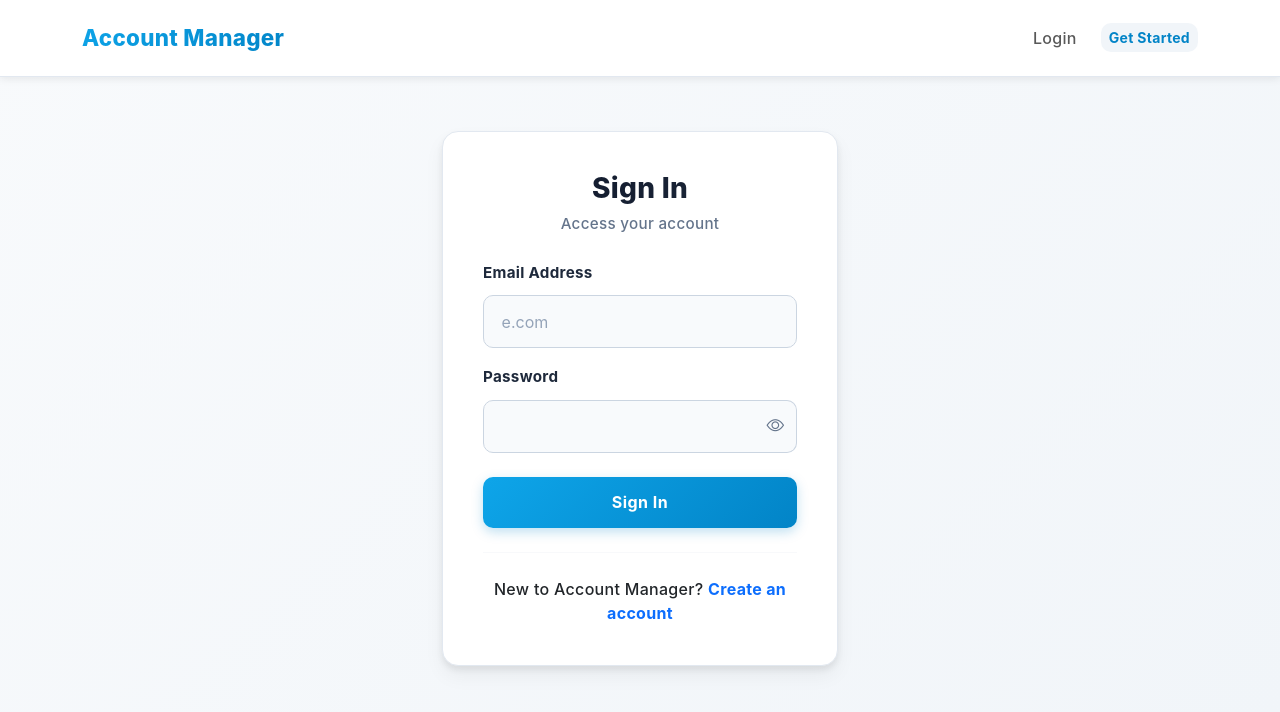
Repository: dharmik2910/Chaintech-Account-Manager
Page: /
The author's editor kept a copy of each file at every save. The page is drawn from the files as they stood at one save, then again after the next save.
The browser window is 1280 px wide. The pictures show the whole page.
The project was rebuilt for these pictures with package versions that can differ from the ones it lists, and the page was loaded fresh each time. Also part of the build but not shown: vite.config.js, src/pages/AccountPage.jsx, src/pages/RegisterPage.jsx.

Above is the page before, as saved 2025-12-16 20:26:17.

### index.html
<!doctype html>
<html lang="en">
  <head>
    <meta charset="UTF-8" />
    <link rel="icon" type="image/svg+xml" href="/vite.svg" />
    <meta name="viewport" content="width=device-width, initial-scale=1.0" />
    <!-- Bootstrap Icons for simple eye / eye-slash icons -->
    <link
      rel="stylesheet"
      href="https://cdn.jsdelivr.net/npm/bootstrap-icons@1.11.3/font/bootstrap-icons.min.css"
    />
    <title>chaintech</title>
  </head>
  <body>
    <div id="root"></div>
    <script type="module" src="/src/main.jsx"></script>
  </body>
</html>

### src/main.jsx
import { StrictMode } from 'react'
import { createRoot } from 'react-dom/client'
import { BrowserRouter } from 'react-router-dom'
import 'bootstrap/dist/css/bootstrap.min.css'
import './index.css'
import App from './App.jsx'
import { AuthProvider } from './AuthContext.jsx'

createRoot(document.getElementById('root')).render(
  <StrictMode>
    <BrowserRouter>
      <AuthProvider>
        <App />
      </AuthProvider>
    </BrowserRouter>
  </StrictMode>,
)

### src/index.css
* {
  -webkit-font-smoothing: antialiased;
  -moz-osx-font-smoothing: grayscale;
  box-sizing: border-box;
}

html {
  scroll-behavior: smooth;
}

body {
  margin: 0;
  min-height: 100vh;
  font-family: -apple-system, BlinkMacSystemFont, 'Segoe UI', 'Roboto', 'Oxygen',
    'Ubuntu', 'Cantarell', 'Fira Sans', 'Droid Sans', 'Helvetica Neue',
    sans-serif;
  background: linear-gradient(135deg, #f8fafc 0%, #f1f5f9 100%);
  color: #0f172a;
  font-weight: 500;
  letter-spacing: 0.3px;
}

#root {
  min-height: 100vh;
}

### src/App.jsx
import { Link, Navigate, Route, Routes, useNavigate } from 'react-router-dom'
import './App.css'
import { useAuth } from './AuthContext.jsx'
import AccountPage from './pages/AccountPage.jsx'
import LoginPage from './pages/LoginPage.jsx'
import RegisterPage from './pages/RegisterPage.jsx'

// Simple layout with a top navbar
function Layout({ children }) {
  const { currentUser, logout } = useAuth()
  const navigate = useNavigate()

  const handleLogout = () => {
    logout()
    navigate('/login')
  }

  return (
    <div className="app-root">
      <nav className="navbar navbar-expand-lg">
        <div className="container">
          <Link className="navbar-brand" to="/">
            Account Manager
          </Link>
          <button
            className="navbar-toggler"
            type="button"
            data-bs-toggle="collapse"
            data-bs-target="#mainNavbar"
            aria-controls="mainNavbar"
            aria-expanded="false"
            aria-label="Toggle navigation"
          >
            <span className="navbar-toggler-icon" />
          </button>
          <div className="collapse navbar-collapse" id="mainNavbar">
            <ul className="navbar-nav ms-auto align-items-lg-center gap-lg-2">
              {currentUser ? (
                <>
                  <li className="nav-item me-lg-2">
                    <span className="navbar-text small">Signed in as {currentUser.name}</span>
                  </li>
                  <li className="nav-item mt-2 mt-lg-0">
                    <button className="btn btn-outline-light btn-sm" onClick={handleLogout}>
                      Logout
                    </button>
                  </li>
                </>
              ) : (
                <>
                  <li className="nav-item">
                    <Link className="nav-link" to="/login">
                      Login
                    </Link>
                  </li>
                  <li className="nav-item">
                    <Link className="btn btn-light btn-sm ms-lg-2 mt-2 mt-lg-0" to="/register">
                      Get Started
                    </Link>
                  </li>
                </>
              )}
            </ul>
          </div>
        </div>
      </nav>

      <main className="app-main">
        <div className="container">{children}</div>
      </main>
    </div>
  )
}

// Protect routes that require authentication
function PrivateRoute({ children }) {
  const { currentUser, initialised } = useAuth()

  if (!initialised) {
    return (
      <div className="text-center mt-5">
        <div className="spinner-border text-primary" role="status">
          <span className="visually-hidden">Loading...</span>
        </div>
      </div>
    )
  }

  if (!currentUser) {
    return <Navigate to="/login" replace />
  }

  return children
}

function App() {
  return (
    <Layout>
      <Routes>
        <Route path="/" element={<Navigate to="/account" replace />} />
        <Route path="/login" element={<LoginPage />} />
        <Route path="/register" element={<RegisterPage />} />
        <Route
          path="/account"
          element={
            <PrivateRoute>
              <AccountPage />
            </PrivateRoute>
          }
        />
        <Route path="*" element={<Navigate to="/" replace />} />
      </Routes>
    </Layout>
  )
}

export default App

### src/AuthContext.jsx
import { createContext, useContext, useEffect, useState } from 'react'

// Key used to store users and current session in localStorage
const STORAGE_KEY = 'account_manager_users'
const CURRENT_USER_KEY = 'account_manager_current_user'

const AuthContext = createContext(null)

// Simple helper to read users from localStorage
function loadUsers() {
  try {
    const raw = localStorage.getItem(STORAGE_KEY)
    if (!raw) return []
    return JSON.parse(raw)
  } catch {
    return []
  }
}

// Simple helper to write users to localStorage
function saveUsers(users) {
  localStorage.setItem(STORAGE_KEY, JSON.stringify(users))
}

// Simple helper to read current user from localStorage
function loadCurrentUser() {
  try {
    const raw = localStorage.getItem(CURRENT_USER_KEY)
    if (!raw) return null
    return JSON.parse(raw)
  } catch {
    return null
  }
}

// Simple helper to write current user to localStorage
function saveCurrentUser(user) {
  if (!user) {
    localStorage.removeItem(CURRENT_USER_KEY)
  } else {
    localStorage.setItem(CURRENT_USER_KEY, JSON.stringify(user))
  }
}

export function AuthProvider({ children }) {
  const [users, setUsers] = useState([])
  const [currentUser, setCurrentUser] = useState(null)
  const [initialised, setInitialised] = useState(false)

  // Load any existing data when the app first mounts
  useEffect(() => {
    const storedUsers = loadUsers()
    const storedCurrentUser = loadCurrentUser()
    setUsers(storedUsers)
    setCurrentUser(storedCurrentUser)
    setInitialised(true)
  }, [])

  // Register a new account
  const register = ({ name, email, password }) => {
    // Basic duplicate email check
    const existing = users.find((u) => u.email.toLowerCase() === email.toLowerCase())
    if (existing) {
      throw new Error('An account with this email already exists.')
    }

    const newUser = {
      id: Date.now().toString(),
      name,
      email,
      password,
    }

    const updatedUsers = [...users, newUser]
    setUsers(updatedUsers)
    saveUsers(updatedUsers)

    // Automatically log the user in after registration
    setCurrentUser(newUser)
    saveCurrentUser(newUser)
  }

  // Log in with an existing account
  const login = ({ email, password }) => {
    const user = users.find(
      (u) => u.email.toLowerCase() === email.toLowerCase() && u.password === password,
    )
    if (!user) {
      throw new Error('Invalid email or password.')
    }
    setCurrentUser(user)
    saveCurrentUser(user)
  }

  // Log out the current user
  const logout = () => {
    setCurrentUser(null)
    saveCurrentUser(null)
  }

  // Update the current user's profile
  const updateProfile = ({ name, email, password }) => {
    if (!currentUser) return

    // Make sure we are not taking another user's email
    const emailTakenByAnother = users.find(
      (u) => u.email.toLowerCase() === email.toLowerCase() && u.id !== currentUser.id,
    )
    if (emailTakenByAnother) {
      throw new Error('Another account is already using this email.')
    }

    const updatedUser = {
      ...currentUser,
      name,
      email,
      password: password || currentUser.password, // Keep old password if none provided
    }

    const updatedUsers = users.map((u) => (u.id === currentUser.id ? updatedUser : u))
    setUsers(updatedUsers)
    saveUsers(updatedUsers)
    setCurrentUser(updatedUser)
    saveCurrentUser(updatedUser)
  }

  // Delete the current user's account
  const deleteAccount = () => {
    if (!currentUser) return

    const updatedUsers = users.filter((u) => u.id !== currentUser.id)
    setUsers(updatedUsers)
    saveUsers(updatedUsers)
    setCurrentUser(null)
    saveCurrentUser(null)
  }

  const value = {
    initialised,
    users,
    currentUser,
    register,
    login,
    logout,
    updateProfile,
    deleteAccount,
  }

  return <AuthContext.Provider value={value}>{children}</AuthContext.Provider>
}

export function useAuth() {
  const ctx = useContext(AuthContext)
  if (!ctx) {
    throw new Error('useAuth must be used within an AuthProvider')
  }
  return ctx
}

### src/App.css
.app-root {
  min-height: 100vh;
  display: flex;
  flex-direction: column;
  background: linear-gradient(135deg, #f8fafc 0%, #f1f5f9 100%);
}

.app-main {
  flex: 1;
  display: flex;
  align-items: center;
  justify-content: center;
  padding: 3rem 1rem;
}

.auth-wrapper {
  width: 100%;
  max-width: 420px;
  animation: fadeInUp 0.6s ease-out;
}

.account-wrapper {
  width: 100%;
  max-width: 620px;
  animation: fadeInUp 0.6s ease-out;
}

@keyframes fadeInUp {
  from {
    opacity: 0;
    transform: translateY(20px);
  }
  to {
    opacity: 1;
    transform: translateY(0);
  }
}

.card {
  border-radius: 16px;
  border: 1px solid #e2e8f0;
  box-shadow: 0 4px 6px rgba(0, 0, 0, 0.07), 0 10px 20px rgba(0, 0, 0, 0.05);
  transition: all 0.3s ease;
  background-color: white;
  overflow: hidden;
}

.card:hover {
  box-shadow: 0 12px 24px rgba(0, 0, 0, 0.1);
  transform: translateY(-4px);
}

.card-body {
  padding: 2.5rem;
}

.card-title {
  font-weight: 800;
  font-size: 1.75rem;
  background: linear-gradient(135deg, #0f172a 0%, #1e293b 100%);
  -webkit-background-clip: text;
  -webkit-text-fill-color: transparent;
  background-clip: text;
  margin-bottom: 0.5rem;
}

.navbar {
  background: white;
  box-shadow: 0 2px 8px rgba(0, 0, 0, 0.08);
  border-bottom: 1px solid #e2e8f0;
  padding: 1rem 0;
}

.navbar-brand {
  font-weight: 800;
  font-size: 1.4rem;
  background: linear-gradient(135deg, #0ea5e9 0%, #0284c7 100%);
  -webkit-background-clip: text;
  -webkit-text-fill-color: transparent;
  background-clip: text;
}

.navbar-text {
  color: #475569 !important;
  font-weight: 600;
  font-size: 0.95rem;
}

.form-label {
  font-weight: 700;
  color: #1e293b;
  margin-bottom: 0.65rem;
  font-size: 0.95rem;
  letter-spacing: 0.3px;
}

.form-control {
  border-radius: 10px;
  border: 1.5px solid #cbd5e1;
  padding: 0.85rem 1.1rem;
  font-size: 1rem;
  transition: all 0.3s ease;
  background-color: #f8fafc;
  font-weight: 500;
}

.form-control:hover:not(:focus) {
  border-color: #94a3b8;
  background-color: white;
}

.form-control:focus {
  background-color: white;
  border-color: #0284c7;
  box-shadow: 0 0 0 4px rgba(2, 132, 199, 0.1), inset 0 0 0 1px rgba(2, 132, 199, 0.05);
  outline: none;
}

.form-control.is-invalid {
  border-color: #ef4444;
  background-color: #fef2f2;
}

.form-control.is-invalid:focus {
  border-color: #ef4444;
  box-shadow: 0 0 0 4px rgba(239, 68, 68, 0.1), inset 0 0 0 1px rgba(239, 68, 68, 0.05);
}

.invalid-feedback {
  color: #dc2626;
  font-size: 0.85rem;
  margin-top: 0.5rem;
  font-weight: 600;
  display: block;
}

.form-control::placeholder {
  color: #94a3b8;
  font-weight: 400;
}

.btn-primary {
  background: linear-gradient(135deg, #0ea5e9 0%, #0284c7 100%);
  border: none;
  border-radius: 10px;
  padding: 0.85rem 1.75rem;
  font-weight: 700;
  font-size: 1rem;
  transition: all 0.3s ease;
  box-shadow: 0 4px 12px rgba(2, 132, 199, 0.25);
  letter-spacing: 0.5px;
}

.btn-primary:hover:not(:disabled) {
  background: linear-gradient(135deg, #06b6d4 0%, #0891b2 100%);
  box-shadow: 0 6px 16px rgba(2, 132, 199, 0.35);
  transform: translateY(-2px);
}

.btn-primary:active:not(:disabled) {
  transform: translateY(0);
  box-shadow: 0 2px 8px rgba(2, 132, 199, 0.25);
}

.btn-primary:disabled {
  opacity: 0.65;
  cursor: not-allowed;
}

.btn-primary:disabled {
  opacity: 0.65;
  cursor: not-allowed;
}

.btn-outline-light {
  border-radius: 10px;
  font-weight: 700;
  transition: all 0.3s ease;
  color: #475569 !important;
  border: 1.5px solid #cbd5e1;
  background-color: transparent;
}

.btn-outline-light:hover {
  background-color: white;
  border-color: #0284c7;
  color: #0284c7 !important;
}

.btn-light {
  border-radius: 10px;
  font-weight: 700;
  transition: all 0.3s ease;
  background-color: #f1f5f9;
  color: #0284c7 !important;
  border: none;
}

.btn-light:hover {
  background-color: #e2e8f0;
}

.btn-danger {
  background: linear-gradient(135deg, #ef4444 0%, #dc2626 100%);
  border: none;
  border-radius: 10px;
  padding: 0.85rem 1.75rem;
  font-weight: 700;
  font-size: 1rem;
  transition: all 0.3s ease;
  box-shadow: 0 4px 12px rgba(239, 68, 68, 0.25);
}

.btn-danger:hover:not(:disabled) {
  background: linear-gradient(135deg, #f87171 0%, #ef4444 100%);
  box-shadow: 0 6px 16px rgba(239, 68, 68, 0.35);
  transform: translateY(-2px);
}

.input-group .form-control {
  border-radius: 10px 0 0 10px;
}

.password-toggle-btn {
  border-color: #cbd5e1;
  background-color: #f8fafc;
  color: #64748b;
  border: 1.5px solid #cbd5e1;
  border-left: none;
  border-radius: 0 10px 10px 0;
  transition: all 0.3s ease;
  font-weight: 600;
}

.password-toggle-btn:hover,
.password-toggle-btn:focus {
  border-color: #0284c7;
  background-color: #e0f2fe;
  color: #0284c7;
  box-shadow: none;
}

.password-toggle-btn .bi {
  font-size: 1.1rem;
}

.alert {
  border-radius: 10px;
  border: none;
  animation: slideDown 0.3s ease-out;
  font-weight: 600;
  margin-bottom: 1.5rem;
  border-left: 5px solid;
  padding: 1rem 1.25rem;
}

@keyframes slideDown {
  from {
    opacity: 0;
    transform: translateY(-10px);
  }
  to {
    opacity: 1;
    transform: translateY(0);
  }
}

.alert-danger {
  background-color: #fef2f2;
  color: #991b1b;
  border-left-color: #ef4444;
}

.alert-success {
  background-color: #f0fdf4;
  color: #166534;
  border-left-color: #22c55e;
}

.link-primary {
  color: #0284c7;
  font-weight: 700;
  text-decoration: none;
  transition: all 0.3s ease;
}

.link-primary:hover {
  color: #0ea5e9;
  text-decoration: underline;
}

hr {
  border: none;
  border-top: 1px solid #e2e8f0;
  margin: 1.5rem 0;
}

.text-muted {
  color: #64748b !important;
  font-size: 0.95rem;
}

.text-center {
  text-align: center;
}

.spinner-border {
  border-width: 3px;
  color: #0284c7;
}

.account-field p {
  margin-bottom: 0.5rem;
  color: #0f172a;
  font-size: 1.05rem;
  font-weight: 600;
}

.account-field .text-muted {
  font-weight: 700;
  text-transform: uppercase;
  font-size: 0.75rem;
  letter-spacing: 1px;
  color: #94a3b8 !important;
}

.btn-outline-secondary {
  border-color: #cbd5e1;
  color: #64748b;
  transition: all 0.3s ease;
  border-radius: 10px;
  font-weight: 700;
}

.btn-outline-secondary:hover {
  background-color: #f1f5f9;
  border-color: #0284c7;
  color: #0284c7;
}

.btn-link {
  text-decoration: none;
  font-weight: 700;
  font-size: 0.95rem;
  color: #0284c7;
  transition: all 0.3s ease;
}

.btn-link:hover {
  color: #0ea5e9;
  text-decoration: underline;
}

@media (max-width: 768px) {
  .card-body {
    padding: 1.75rem;
  }
  .card-title {
    font-size: 1.5rem;
  }
  .app-main {
    padding: 2rem 1rem;
  }
  .navbar-brand {
    font-size: 1.2rem;
  }
}
}

### src/pages/LoginPage.jsx
import { useState } from 'react'
import { Link, useNavigate } from 'react-router-dom'
import { useAuth } from '../AuthContext.jsx'

function LoginPage() {
  const { login } = useAuth()
  const navigate = useNavigate()
  const [email, setEmail] = useState('')
  const [password, setPassword] = useState('')
  const [showPassword, setShowPassword] = useState(false)
  const [error, setError] = useState('')
  const [errors, setErrors] = useState({})
  const [isSubmitting, setIsSubmitting] = useState(false)

  const validateEmail = (email) => {
    const emailRegex = /^[^\s@]+@[^\s@]+\.[^\s@]+$/
    return emailRegex.test(email)
  }

  const validateForm = () => {
    const newErrors = {}

    if (!email.trim()) {
      newErrors.email = 'Email is required'
    } else if (!validateEmail(email)) {
      newErrors.email = 'Please enter a valid email address'
    }

    if (!password) {
      newErrors.password = 'Password is required'
    } else if (password.length < 6) {
      newErrors.password = 'Password must be at least 6 characters'
    }

    setErrors(newErrors)
    return Object.keys(newErrors).length === 0
  }

  const handleFieldChange = (field, value) => {
    if (field === 'email') {
      setEmail(value)
      if (errors.email) {
        setErrors(prev => ({ ...prev, email: '' }))
      }
    } else if (field === 'password') {
      setPassword(value)
      if (errors.password) {
        setErrors(prev => ({ ...prev, password: '' }))
      }
    }
    setError('')
  }

  const handleSubmit = async (event) => {
    event.preventDefault()
    setError('')

    if (!validateForm()) {
      return
    }

    try {
      setIsSubmitting(true)
      await login({ email, password })
      navigate('/account')
    } catch (e) {
      setError(e.message || 'Unable to log in. Please try again.')
    } finally {
      setIsSubmitting(false)
    }
  }

  return (
    <div className="row justify-content-center">
      <div className="col-md-6 col-lg-4 auth-wrapper">
        <div className="card">
          <div className="card-body">
            <h3 className="card-title mb-2 text-center">Sign In</h3>
            <p className="text-muted text-center mb-4">Access your account</p>
            {error && (
              <div className="alert alert-danger" role="alert">
                <strong>Login Failed:</strong> {error}
              </div>
            )}
            <form onSubmit={handleSubmit} noValidate>
              <div className="mb-3">
                <label htmlFor="email" className="form-label">
                  Email Address
                </label>
                <input
                  id="email"
                  type="email"
                  className={`form-control ${errors.email ? 'is-invalid' : ''}`}
                  value={email}
                  onChange={(e) => handleFieldChange('email', e.target.value)}
                  placeholder="e.com"
                  required
                />
                {errors.email && (
                  <div className="invalid-feedback d-block">{errors.email}</div>
                )}
              </div>
              <div className="mb-4">
                <label htmlFor="password" className="form-label">
                  Password
                </label>
                <div className="input-group">
                  <input
                    id="password"
                    type={showPassword ? 'text' : 'password'}
                    className={`form-control ${errors.password ? 'is-invalid' : ''}`}
                    value={password}
                    onChange={(e) => handleFieldChange('password', e.target.value)}
                    required
                  />
                  <button
                    type="button"
                    className="btn password-toggle-btn"
                    onClick={() => setShowPassword((prev) => !prev)}
                    aria-label={showPassword ? 'Hide password' : 'Show password'}
                  >
                    <i className={showPassword ? 'bi bi-eye-slash' : 'bi bi-eye'} />
                  </button>
                </div>
                {errors.password && (
                  <div className="invalid-feedback d-block">{errors.password}</div>
                )}
              </div>
              <button type="submit" className="btn btn-primary w-100" disabled={isSubmitting}>
                {isSubmitting ? 'Signing in...' : 'Sign In'}
              </button>
            </form>
            <hr />
            <p className="mb-0 text-center">
              New to Account Manager?{' '}
              <Link to="/register" className="link-primary">
                Create an account
              </Link>
            </p>
          </div>
        </div>
      </div>
    </div>
  )
}

export default LoginPage

After the next save:
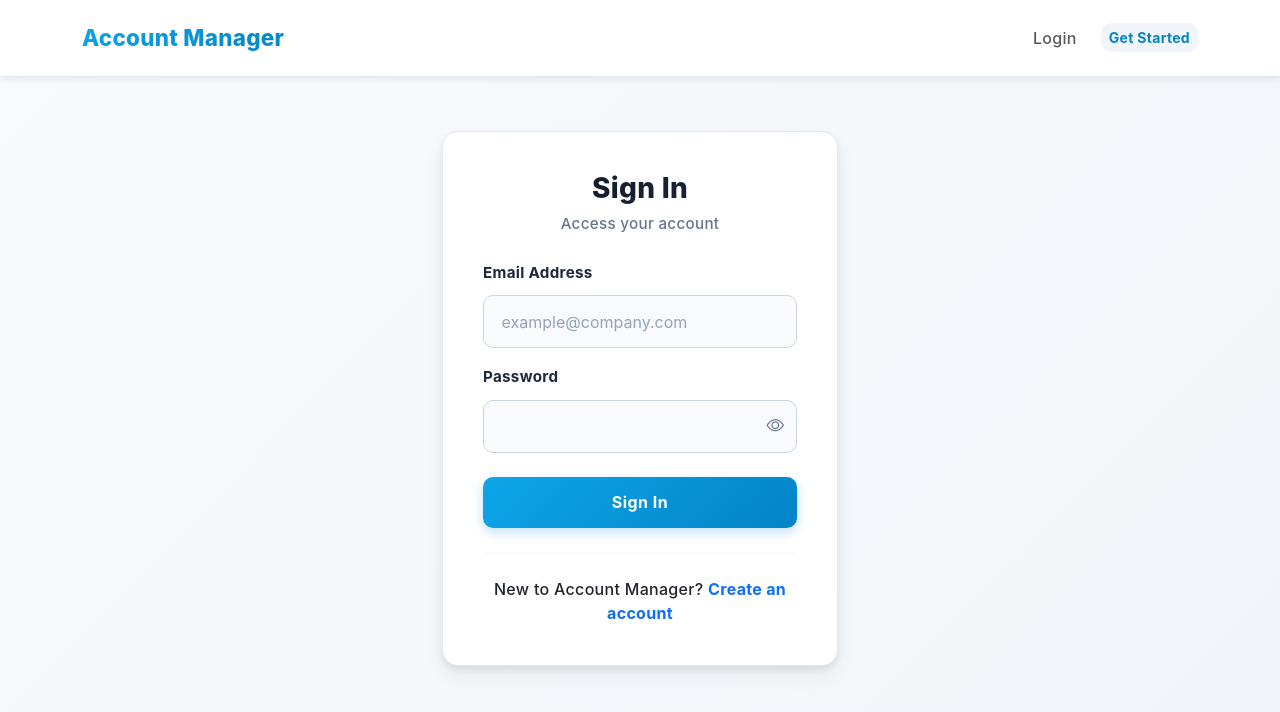
Saved 13 s later.
--- a/src/pages/LoginPage.jsx
+++ b/src/pages/LoginPage.jsx
@@ -93,7 +93,7 @@ function LoginPage() {
                   className={`form-control ${errors.email ? 'is-invalid' : ''}`}
                   value={email}
                   onChange={(e) => handleFieldChange('email', e.target.value)}
-                  placeholder="e.com"
+                  placeholder="example@company.com"
                   required
                 />
                 {errors.email && (
